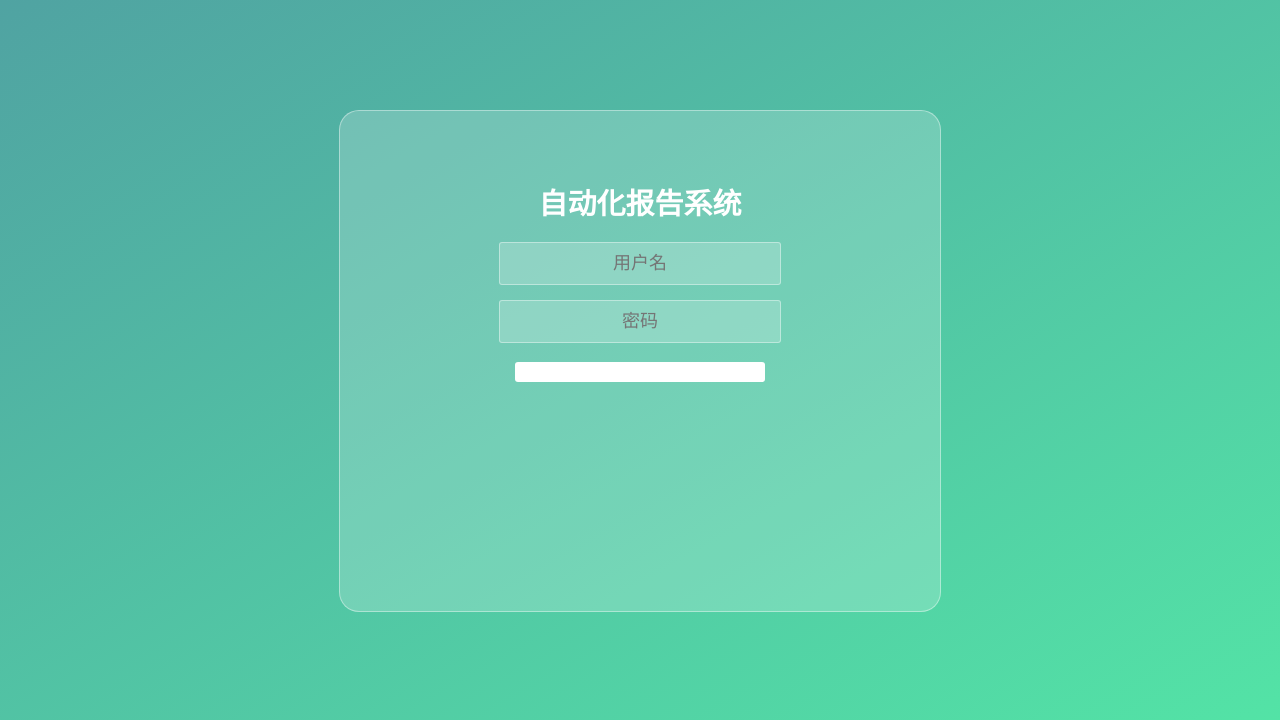
Repository: gengshaopeng123/report_test
Page: / (app in front/)
The author's editor kept a copy of each file at every save. The page is drawn from the files as they stood at one save, then again after the next save.
The browser window is 1280 px wide. The pictures show the whole page.
The project was rebuilt for these pictures with package versions that can differ from the ones it lists, and the page was loaded fresh each time. Also part of the build but not shown: front/src/components/indexComponent/Mangent.vue, front/src/components/index.vue, front/src/components/error.vue, front/src/components/indexComponent/first.vue, front/src/components/indexComponent/waitreport.vue, front/src/components/indexComponent/finishreport.vue, front/src/components/indexComponent/doreport.vue, front/src/components/indexComponent/filtersite.vue and 6 more.

Above is the page before, as saved 2020-03-09 13:49:57.

### front/index.html
<!DOCTYPE html>
<html>
  <head>
    <meta charset="utf-8">
    <meta name="viewport" content="width=device-width,initial-scale=1.0">

    <link rel="shortcut icon" type="image/x-icon" href="./static/favicon.ico" rel="external nofollow" />
    <title>自动化报告系统</title>
    <style>
    body,html{
      padding: 0;
      margin: 0;
    }
    </style>
  </head>
  <body>
    <div id="app"></div>
    <!-- built files will be auto injected -->
  </body>
</html>

### front/src/main.js
// The Vue build version to load with the `import` command
// (runtime-only or standalone) has been set in webpack.base.conf with an alias.
import Vue from 'vue'
import App from './App'
import router from './router'
import ElementUI from 'element-ui'
import 'element-ui/lib/theme-chalk/index.css'  //单独引入样式文件
import http from './api/http';
import Vuex from 'vuex';
import store from "../src/store"
Vue.prototype.http=http
Vue.use(ElementUI)
Vue.use(Vuex);
Vue.config.productionTip = false
/* eslint-disable no-new */
new Vue({
  el: '#app',
  router,
  store,
  components: { App },
  template: '<App/>'
})

### front/src/App.vue
<template>
  <div id="app">
    <router-view/>
  </div>
</template>

<script>
export default {
  name: 'App'
}
</script>
<style lang="less" >
#app{
  font-family: "Helvetica Neue",Helvetica,"PingFang SC","Hiragino Sans GB","Microsoft YaHei","微软雅黑",Arial,sans-serif;
    .ydylinput{
      width:100px;
      .el-input__inner{
        width:100px!important;
       height:40px!important;
       line-height:40px!important;
      }
    }
        .ydylinput2{
      width:150px;
      .el-input__inner{
        width:150px!important;
       height:40px!important;
       line-height:40px!important;
      }
    }
  //   .el-input__inner{
  //      width:250px!important;
  //      height:30px!important;
  //      line-height:30px!important;
  // }
    // .el-input__suffix{
    //   height:30px!important;
    // }
    // .el-input__icon{
    //   line-height:40px;
    // }
    .el-collapse-item__header{
      font-size:18px;
      color:#409eff;
      width:600px;
      // border:none;
    }
    .el-collapse-item__arrow{
      margin:0!important;
      border:none;
    }
}

</style>

### front/src/router/index.js
import Vue from 'vue'
import Router from 'vue-router'
import Mangent from '@/components/indexComponent/Mangent'
import login from '@/components/login'
import index from '@/components/index'
import error from '@/components/error'
import first from '@/components/indexComponent/first'
import waitreport from '@/components/indexComponent/waitreport'
import finishreport from '@/components/indexComponent/finishreport'
import doreport from '@/components/indexComponent/doreport'
import filtersite from '@/components/indexComponent/filtersite'
import reportdetail from '@/components/indexComponent/reportdetail'
import deletereport from '@/components/indexComponent/deletereport'
import handlereport from '@/components/indexComponent/handlereport'
import rizhi from '@/components/indexComponent/rizhi'
import store from '../store'
import mkmanagement from '@/components/indexComponent/Module management/index'
import mbmanagement from '@/components/indexComponent/TemplateManagement/index'
import { throws } from 'assert'
Vue.use(Router)

var Router1= new Router(
  {
    mode:'history',
    routes: [
      {
        path: '/',
        redirect:"/login"
      },
      {
        path: '',
        redirect:"/login"
      },
      {
        path: '/login',
        name:'login',
        component: login
      },

      {
        path: '/index',
        name: 'index',
        component: index,
        redirect:'/index/first',
        children:[
          {
              path: '/index/first',
              name: 'first',
              component: first
          },
          {
            path:'/index/mkmanagement',
            name:'mkmanagement',
            component:mkmanagement
        },
        {
          path:'/index/mbmanagement',
          name:'mbmanagement',
          component:mbmanagement
       },

          {
            path: '/index/Mangent',
            name: 'Mangent',
            component: Mangent,
            redirect:"/index/Mangent/waitreport",
            children:[
              {
                path: '/index/Mangent/waitreport',
                name: 'waitreport',
                component: waitreport,
              },
              {
                path: '/index/Mangent/handlereport',
                name: 'handlereport',
                component: handlereport,
              },
              {
                path: '/index/Mangent/finishreport',
                name: 'finishreport',
                component: finishreport,
              },
              {
                path: '/index/Mangent/deletereport',
                name: 'finishreport',
                component: deletereport,
              },
              {
                path: '/index/Mangent/doreport',
                name: 'doreport',
                component: doreport,
              },
              {
                path: '/index/Mangent/filtersite',
                name: 'filtersite',
                component: filtersite,
              },
              {
                path: '/index/Mangent/reportdetail',
                name: 'reportdetail',
                component: reportdetail,
              },
              {
                path:'/index/rizhi',
                name:'rizhi',
                component:rizhi
            },
            ]
          }
        ]
      },
      {
        path:'*',
        name:'error',
        component:error
      }
    ]
  }
)

Router1.beforeEach((to, from, next) => {
 if(to.fullPath=="/login"){
   next()
 }
  if(store.state.name==''||store.state.name==null||store.state.name==undefined){
    next('/login')
  }else{
    next()
  }

})
export default Router1

### front/src/api/http.js
import axios from 'axios'
import Qs from 'qs'
import { Message } from 'element-ui';  //element库的消息提示，可以不用
//创建axios实例
var service = axios.create({
        headers: {
        'content-type': 'application/x-www-form-urlencoded'
    }
})
export default {
    //get请求，其他类型请求复制粘贴，修改method
    get(url1, param,set) {
        console.log(param)
        return new Promise((cback, reject) => {
            service({
                method: 'get',
                url:url1,
                params: param,
                responseType:set
            }).then(res => {
                var res_code = res.status.toString();
                if (res_code.charAt(0) == 2) {
                    cback(res);   //cback在promise执行器内部
                } else {
                    console.log(res, '异常1')
                }
            }).catch(err => {
                if (!err.response) {
                    Message({
                        showClose: true,
                        message: '请求错误',
                        type: 'error'
                    });
                } else {
                    reject(err.response);
                    console.log(err.response, '异常2')
                }
            })

        })
    },
    post(url1, param) {
        console.log(param)
        return new Promise((cback, reject) => {
            service({
                method: 'POST',
                url:url1,
                data:Qs.stringify(param),
            }).then(res => {
                    cback(res);   //cback在promise执行器内部
            }).catch(err => {

                    Message({
                        showClose: true,
                        message: '请求错误',
                        type: 'error'
                    });

            reject(err.response);
            })

        })
    }
}

### front/src/store.js
import Vue from "vue";
import Vuex from 'vuex';
Vue.use(Vuex);
let nameVal=localStorage.getItem('username');
let yulanVal=localStorage.getItem('yulanid');
let state={
    name:nameVal,
    yulanid:yulanVal
}
let mutations={
    changeState:(state,val)=>{

        state.name=val
    },
    changeStateyulan:(state,val)=>{
        state.yulanid=val
    },

}
let getter={

}
export default new Vuex.Store({
    state,
    mutations,
    getter,
})

### front/src/components/login.vue
<template>
 <div class="wrapper" ng-class="{'form-success':ctrl.showlogin}">
    <div class="container">
        <h1>自动化报告系统</h1>
        <form class="form">
            <input type="text" ng-model="uesrid" placeholder="用户名">
            <input type="password" ng-model="password" placeholder="密码">
            <button type="submit" id="login-button" ng-click="ctrl.login()" ng-bind="label.login"></button>
        </form>
    </div>
</div>
</template>

<script>
import Axios from 'axios'
export default {
  name: 'first',
 data() {
      return {
      }
    },
  mounted(){

  }
}
</script>

<!-- Add "scoped" attribute to limit CSS to this component only -->
<style scoped>
.wrapper{
  background: #223131;
  background: -webkit-linear-gradient(top left, #50a3a2 0%, #53e3a6 100%);
  background: linear-gradient(to bottom right, #50a3a2 0%, #53e3a6 100%);
  position: absolute;
  left: 0;
  width: 100%;
  height: 100%;
  overflow: hidden;
  margin: 0;
  display: block;
  top: 0;
}
.container {
  max-width: 600px;
  margin: 0 auto;
  padding: 50px 0;
  height: 400px;
  text-align: center;
  border: 1px solid rgba(255, 255, 255, 0.4);
  background-color: rgba(255, 255, 255, 0.2);
  border-radius: 20px;
  z-index:2;
  position: relative;
  top:50%;
  margin-top:-250px;

}
.container:hover {
 border-color:#53e3a6;

}
.container h1 {
  color: #fff;
  font-size: 29px;
  position: relative;
  z-index: 3;
}
form input {
  -webkit-appearance: none;
  -moz-appearance: none;
  appearance: none;
  outline: 0;
  border: 1px solid rgba(255, 255, 255, 0.4);
  background-color: rgba(255, 255, 255, 0.2);
  width: 250px;
  border-radius: 3px;
  padding: 10px 15px;
  margin: 0 auto 15px auto;
  display: block;
  text-align: center;
  font-size: 18px;
  color: white;
  -webkit-transition-duration: 0.25s;
  transition-duration: 0.25s;
  font-weight: 300;
}

form input:hover {
  background-color: rgba(255, 255, 255, 0.4);
}

form input:focus {
  background-color: white;
  width: 300px;
  color: #53e3a6;
}

form button {
  -webkit-appearance: none;
  -moz-appearance: none;
  appearance: none;
  outline: 0;
  background-color: white;
  border: 0;
  padding: 10px 15px;
  color: #53e3a6;
  border-radius: 3px;
  width: 250px;
  cursor: pointer;
  font-size: 18px;
  -webkit-transition-duration: 0.25s;
  transition-duration: 0.25s;
}

form button:hover {
  background-color: #f5f7f9;
}
</style>

After the next save:
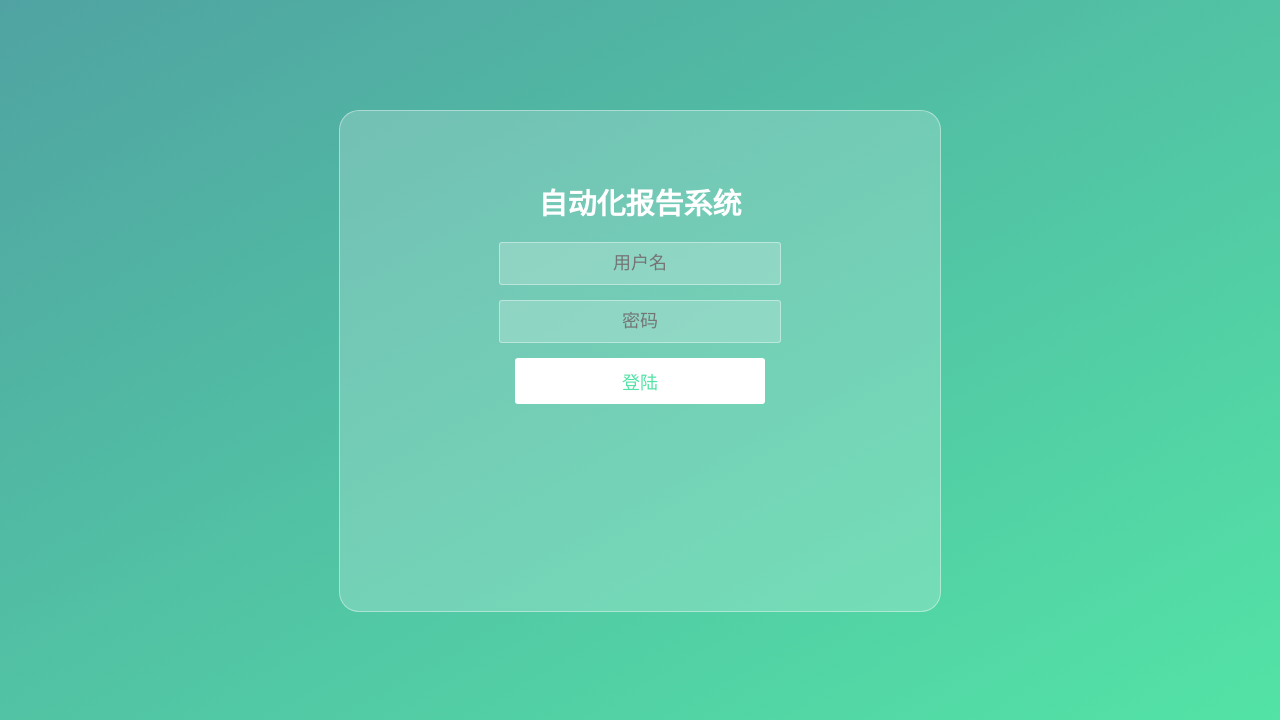
Saved 82 s later.
--- a/front/src/components/login.vue
+++ b/front/src/components/login.vue
@@ -5,7 +5,7 @@
         <form class="form">
             <input type="text" ng-model="uesrid" placeholder="用户名">
             <input type="password" ng-model="password" placeholder="密码">
-            <button type="submit" id="login-button" ng-click="ctrl.login()" ng-bind="label.login"></button>
+            <button type="submit" id="login-button" ng-click="ctrl.login()">登陆</button>
         </form>
     </div>
 </div>
